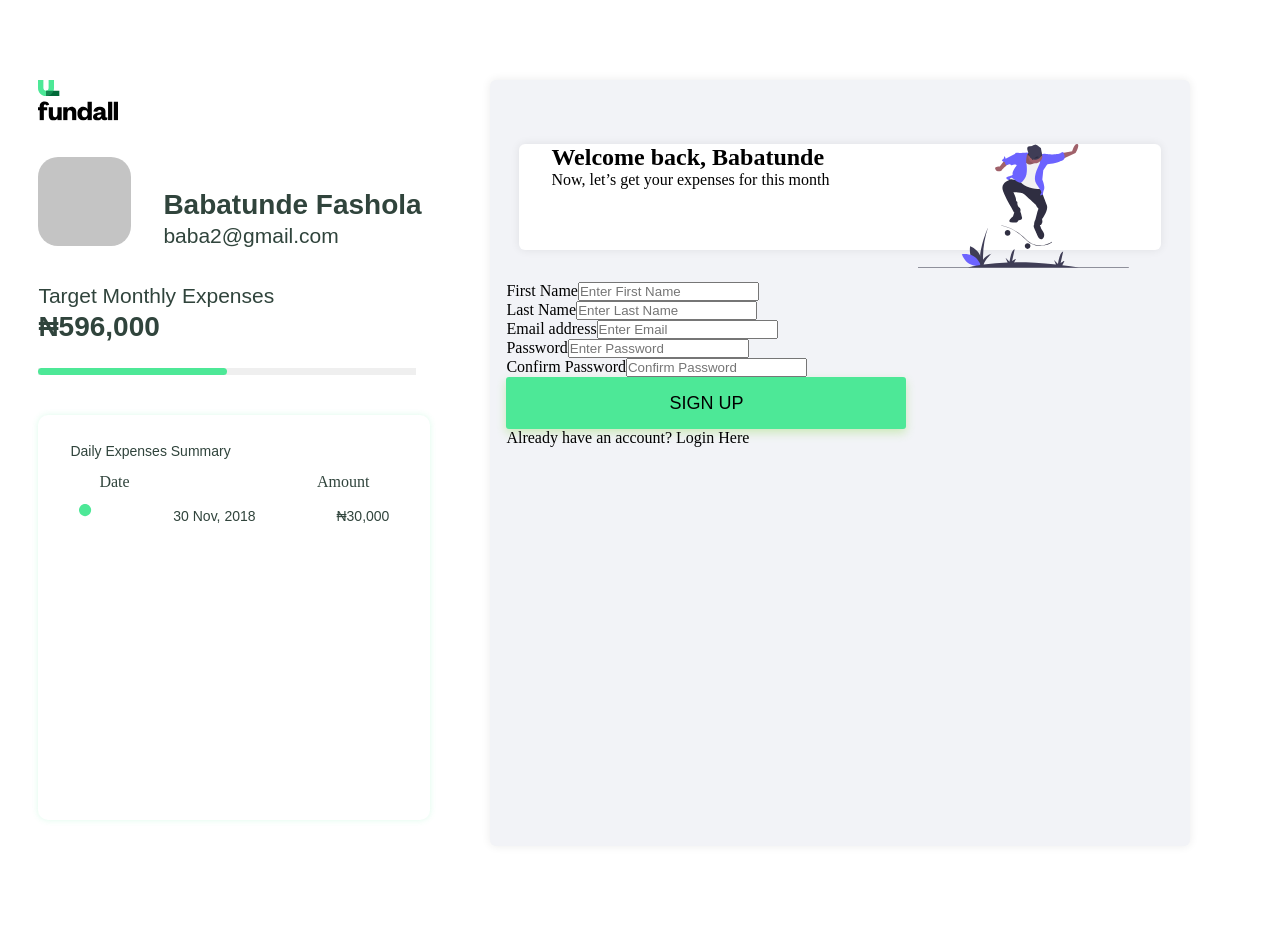
Repository: nilesjamex/niffty
Page: /dashboard
An editor plug-in stored every save of this project. The page is shown before and after the next save, followed by the edit.
The browser window is 1280 px wide. The pictures show the whole page.
The project was rebuilt for these pictures with package versions that can differ from the ones it lists, and the page was loaded fresh each time. Also part of the build but not shown: src/components/Nav.vue, src/views/Home.vue, src/views/SignUp.vue, src/views/Login.vue.

Above is the page before, as saved 2022-04-17 09:36:20.

After the next save:
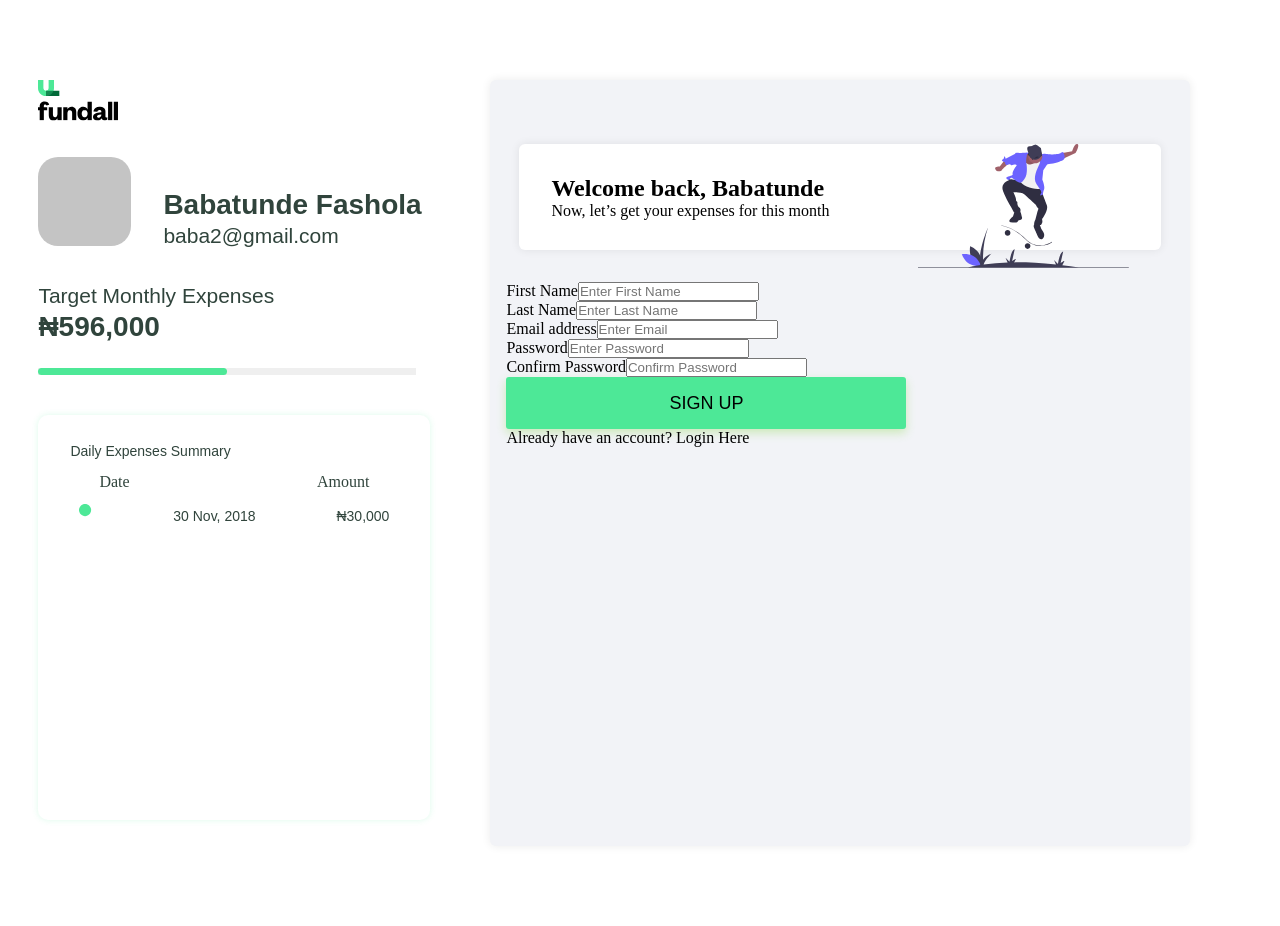
Saved 54 s later.
--- a/src/views/Dashboard.vue
+++ b/src/views/Dashboard.vue
@@ -231,4 +231,7 @@ export default {
   justify-content: space-between;
   position: relative;
 }
+.signup--form--welcome--text {
+  align-self: center;
+}
 </style>
